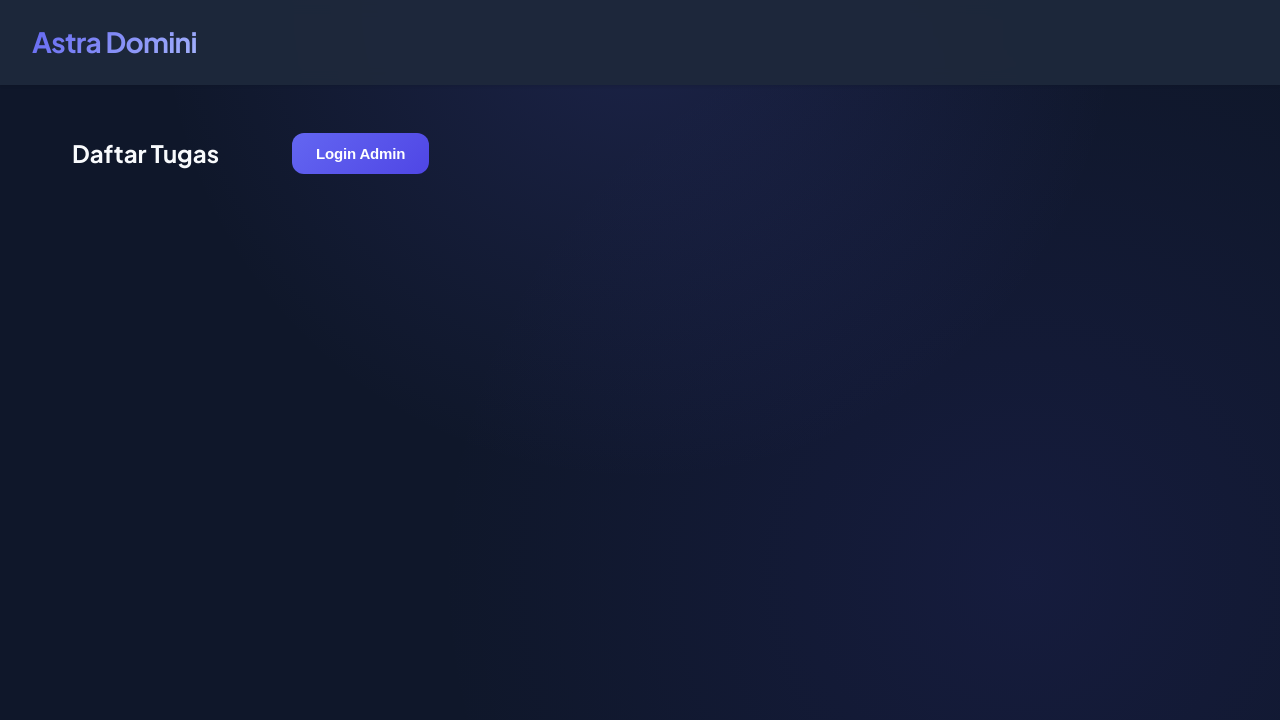
Repository: Resanso/astraReminder
Page: /
The author's editor kept a copy of each file at every save. The page is drawn from the files as they stood at one save, then again after the next save.
The browser window is 1280 px wide. The pictures show the whole page.
The page's requests for data from a server got no answer. The project was rebuilt for these pictures with package versions that can differ from the ones it lists, and the page was loaded fresh each time. No one was signed in, and anything a server would have sent is missing. Also part of the build but not shown: src/components/AdminPanel.js, src/components/Login.js, src/components/Register.js.

Above is the page before, as saved 2025-02-25 00:18:21.

### public/index.html
<!DOCTYPE html>
<html lang="en">
  <head>
    <meta charset="utf-8" />
    <link rel="icon" href="favicon.ico" />
    <meta name="viewport" content="width=device-width, initial-scale=1" />
    <meta name="theme-color" content="#000000" />
    <meta name="description" content="Astra Domini - Fantasy Game Management" />
    <link rel="apple-touch-icon" href="logo192.png" />
    <link rel="manifest" href="manifest.json" />
    <title>Astra Domini</title>
  </head>
  <body>
    <noscript>You need to enable JavaScript to run this app.</noscript>
    <div id="root"></div>
    <!--
      This HTML file is a template.
      If you open it directly in the browser, you will see an empty page.

      You can add webfonts, meta tags, or analytics to this file.
      The build step will place the bundled scripts into the <body> tag.

      To begin the development, run `npm start` or `yarn start`.
      To create a production bundle, use `npm run build` or `yarn build`.
    -->
  </body>
</html>

### src/index.css
@import url("https://fonts.googleapis.com/css2?family=Plus+Jakarta+Sans:wght@400;500;600;700&display=swap");

body {
  margin: 0;
  font-family: "Plus Jakarta Sans", -apple-system, BlinkMacSystemFont,
    "Segoe UI", Roboto, Oxygen, Ubuntu, Cantarell, "Helvetica Neue", sans-serif;
  -webkit-font-smoothing: antialiased;
  -moz-osx-font-smoothing: grayscale;
  line-height: 1.6;
}

code {
  font-family: source-code-pro, Menlo, Monaco, Consolas, "Courier New",
    monospace;
}

* {
  box-sizing: border-box;
  margin: 0;
  padding: 0;
}

::-webkit-scrollbar {
  width: 8px;
}

::-webkit-scrollbar-track {
  background: rgba(255, 255, 255, 0.05);
}

::-webkit-scrollbar-thumb {
  background: rgba(110, 86, 207, 0.5);
  border-radius: 4px;
}

::-webkit-scrollbar-thumb:hover {
  background: rgba(110, 86, 207, 0.7);
}

### src/App.js
import React, { useState, useEffect } from "react";
import {
  BrowserRouter as Router,
  Routes,
  Route,
  Navigate,
} from "react-router-dom";
import { auth } from "./firebase";
import { onAuthStateChanged, signOut } from "firebase/auth";
import TaskList from "./components/TaskList";
import AdminPanel from "./components/AdminPanel";
import Login from "./components/Login";
import Register from "./components/Register";
import "./App.css";

function App() {
  const [user, setUser] = useState(null);
  const [loading, setLoading] = useState(true);

  useEffect(() => {
    const unsubscribe = onAuthStateChanged(auth, (user) => {
      setUser(user);
      setLoading(false);
    });
    return unsubscribe;
  }, []);

  const handleLogout = async () => {
    try {
      await signOut(auth);
    } catch (error) {
      console.error("Error signing out:", error);
    }
  };

  if (loading) return <div>Loading...</div>;

  return (
    <Router basename="/">
      <div className="App">
        <header>
          <h1>Astra Domini</h1>
          {user && (
            <button
              className="logout-btn"
              onClick={handleLogout}
              title="Logout"
            >
              <svg
                className="logout-icon"
                xmlns="http://www.w3.org/2000/svg"
                viewBox="0 0 24 24"
                fill="none"
                stroke="currentColor"
                strokeWidth="2"
                strokeLinecap="round"
                strokeLinejoin="round"
              >
                <path d="M9 21H5a2 2 0 0 1-2-2V5a2 2 0 0 1 2-2h4" />
                <polyline points="16 17 21 12 16 7" />
                <line x1="21" y1="12" x2="9" y2="12" />
              </svg>
            </button>
          )}
        </header>
        <Routes>
          <Route path="/" element={<TaskList />} />
          <Route
            path="/admin"
            element={user ? <AdminPanel /> : <Navigate to="/login" />}
          />
          <Route
            path="/login"
            element={user ? <Navigate to="/admin" /> : <Login />}
          />
          <Route
            path="/register"
            element={user ? <Navigate to="/admin" /> : <Register />}
          />
        </Routes>
      </div>
    </Router>
  );
}

export default App;

### src/firebase.js
// Import the functions you need from the SDKs you need
import { initializeApp } from "firebase/app";
import { getFirestore } from "firebase/firestore";
import { getAuth } from "firebase/auth";
// TODO: Add SDKs for Firebase products that you want to use
// https://firebase.google.com/docs/web/setup#available-libraries

// Your web app's Firebase configuration
// For Firebase JS SDK v7.20.0 and later, measurementId is optional
const firebaseConfig = {
  apiKey: "AIzaSyC5vKNyYoiYqoeDgudvSQoeoFQrEVA_fF8",
  authDomain: "astra-domini.firebaseapp.com",
  projectId: "astra-domini",
  storageBucket: "astra-domini.firebasestorage.app",
  messagingSenderId: "711846096621",
  appId: "1:711846096621:web:fc97db572dc81c002ea6e4",
  measurementId: "G-YBZY4XPSGD",
};

// Initialize Firebase only on client side
let app;
let db;
let auth;

if (typeof window !== "undefined") {
  app = initializeApp(firebaseConfig);
  db = getFirestore(app);
  auth = getAuth(app);
}

export { db, auth };

### src/components/TaskList.js
import React, { useEffect, useState } from "react";
import { collection, query, getDocs, deleteDoc, doc } from "firebase/firestore";
import { db, auth } from "../firebase";
import { useNavigate } from "react-router-dom";
import { onAuthStateChanged } from "firebase/auth";

const TaskList = () => {
  const [tasks, setTasks] = useState([]);
  const [loading, setLoading] = useState(true);
  const [error, setError] = useState(null);
  const [user, setUser] = useState(null);
  const navigate = useNavigate();

  useEffect(() => {
    const unsubscribe = onAuthStateChanged(auth, (currentUser) => {
      setUser(currentUser);
    });
    return () => unsubscribe();
  }, []);

  const isTaskValid = (deadline) => {
    if (!deadline || typeof deadline.toDate !== "function") {
      return false;
    }
    try {
      const now = new Date();
      return deadline.toDate() > now;
    } catch (error) {
      console.error("Error validating task deadline:", error);
      return false;
    }
  };

  const deleteExpiredTasks = async (expiredTasks) => {
    for (const task of expiredTasks) {
      try {
        await deleteDoc(doc(db, "tasks", task.id));
      } catch (error) {
        console.error("Error deleting expired task:", error);
      }
    }
  };

  useEffect(() => {
    const fetchTasks = async () => {
      try {
        setLoading(true);
        setError(null);
        const q = query(collection(db, "tasks"));
        const querySnapshot = await getDocs(q);
        const taskList = [];
        const expiredTasks = [];

        querySnapshot.forEach((doc) => {
          const taskData = doc.data();
          // Validate task data
          if (taskData && taskData.deadline) {
            const task = { id: doc.id, ...taskData };
            if (isTaskValid(task.deadline)) {
              taskList.push(task);
            } else {
              expiredTasks.push(task);
            }
          } else {
            console.warn(`Task ${doc.id} has invalid data:`, taskData);
          }
        });

        if (expiredTasks.length > 0) {
          await deleteExpiredTasks(expiredTasks);
        }

        // Sort tasks by deadline
        taskList.sort((a, b) => {
          try {
            return a.deadline.toDate() - b.deadline.toDate();
          } catch (error) {
            console.error("Error sorting tasks:", error);
            return 0;
          }
        });

        setTasks(taskList);
      } catch (err) {
        setError("Gagal memuat daftar tugas. Silakan coba lagi nanti.");
        console.error("Error fetching tasks:", err);
      } finally {
        setLoading(false);
      }
    };

    fetchTasks();
    const interval = setInterval(fetchTasks, 60000);
    return () => clearInterval(interval);
  }, []);

  if (loading) {
    return <div className="loading">Memuat...</div>;
  }

  if (error) {
    return <div className="error">{error}</div>;
  }

  return (
    <div className="task-list">
      <div className="task-header">
        <h2>Daftar Tugas</h2>
        <div className="button-group">
          {user ? (
            <>
              <button
                className="add-task-btn"
                onClick={() => navigate("/admin")}
              >
                Tambah Tugas
              </button>
            </>
          ) : (
            <button className="login-btn" onClick={() => navigate("/login")}>
              Login Admin
            </button>
          )}
        </div>
      </div>
      {tasks.map((task) => (
        <div key={task.id} className="task-card">
          <h3>{task.matkul}</h3>
          <p>{task.desk}</p>
          <p>Deadline: {task.deadline.toDate().toLocaleString()}</p>
          <p className="task-creator">Ditambahkan oleh: {task.createdBy}</p>
        </div>
      ))}
    </div>
  );
};

export default TaskList;

### src/App.css
:root {
  --background-primary: #0f172a;
  --background-secondary: #1e293b;
  --text-primary: #f8fafc;
  --text-secondary: #94a3b8;
  --accent-primary: #6366f1;
  --accent-secondary: #4f46e5;
  --border-color: #334155;
  --success-color: #10b981;
  --error-color: #ef4444;
  --card-shadow: 0 4px 6px -1px rgb(0 0 0 / 0.1),
    0 2px 4px -2px rgb(0 0 0 / 0.1);
  --transition-base: all 0.3s ease;
}

body {
  background-color: var(--background-primary);
  color: var(--text-primary);
  min-height: 100vh;
  background-image: radial-gradient(
      circle at 50% 0%,
      rgba(99, 102, 241, 0.15) 0%,
      transparent 50%
    ),
    radial-gradient(
      circle at 80% 80%,
      rgba(79, 70, 229, 0.1) 0%,
      transparent 50%
    );
}

.App {
  text-align: center;
  position: relative;
}

.App-logo {
  height: 40vmin;
  pointer-events: none;
}

@media (prefers-reduced-motion: no-preference) {
  .App-logo {
    animation: App-logo-spin infinite 20s linear;
  }
}

.App-header {
  background-color: #282c34;
  min-height: 100vh;
  display: flex;
  flex-direction: column;
  align-items: center;
  justify-content: center;
  font-size: calc(10px + 2vmin);
  color: white;
}

.App-link {
  color: #61dafb;
}

@keyframes App-logo-spin {
  from {
    transform: rotate(0deg);
  }
  to {
    transform: rotate(360deg);
  }
}

/* Header Styles */
header {
  background-color: rgba(30, 41, 59, 0.95);
  backdrop-filter: blur(8px);
  padding: 1.25rem 2rem;
  box-shadow: 0 1px 3px rgba(0, 0, 0, 0.1);
  position: sticky;
  top: 0;
  z-index: 100;
  display: flex;
  justify-content: space-between;
  align-items: center;
}

header h1 {
  font-size: 1.75rem;
  font-weight: 700;
  letter-spacing: -0.025em;
  background: linear-gradient(135deg, var(--accent-primary), #a5b4fc);
  -webkit-background-clip: text;
  background-clip: text;
  color: transparent;
}

.task-list {
  max-width: 1200px;
  margin: 3rem auto;
  padding: 0 2rem;
  display: grid;
  grid-template-columns: repeat(auto-fill, minmax(320px, 1fr));
  gap: 2rem;
}

.task-card {
  background-color: var(--background-secondary);
  border: 1px solid var(--border-color);
  border-radius: 1rem;
  padding: 1.75rem;
  transition: var(--transition-base);
  box-shadow: var(--card-shadow);
}

.task-card:hover {
  transform: translateY(-4px);
  box-shadow: 0 12px 24px -8px rgba(0, 0, 0, 0.3);
}

.task-card h3 {
  color: var(--accent-primary);
  margin-bottom: 1rem;
  font-size: 1.25rem;
}

.button-group button,
.auth-form button,
.admin-panel button {
  padding: 0.75rem 1.5rem;
  border-radius: 0.75rem;
  border: none;
  font-weight: 600;
  font-size: 0.9375rem;
  letter-spacing: -0.01em;
  transition: var(--transition-base);
  cursor: pointer;
  display: inline-flex;
  align-items: center;
  justify-content: center;
  gap: 0.5rem;
}

.login-btn,
.add-task-btn {
  background: linear-gradient(
    135deg,
    var(--accent-primary),
    var(--accent-secondary)
  );
  color: white;
}

.login-btn:hover,
.add-task-btn:hover {
  filter: brightness(1.1);
  transform: translateY(-1px);
}

.back-btn {
  background-color: rgba(255, 255, 255, 0.1);
  color: var(--text-primary);
}

.logout-btn {
  background: none;
  border: none;
  padding: 8px;
  cursor: pointer;
  color: var(--text-primary);
  display: flex;
  align-items: center;
  justify-content: center;
  border-radius: 50%;
  transition: var(--transition-base);
}

.logout-btn:hover {
  background-color: rgba(239, 68, 68, 0.2);
  transform: scale(1.1);
}

.logout-icon {
  width: 24px;
  height: 24px;
  color: #ef4444;
}

.admin-panel {
  background-color: var(--background-secondary);
  border-radius: 1rem;
  padding: 2.5rem;
  max-width: 500px;
  margin: 3rem auto;
  box-shadow: var(--card-shadow);
}

.admin-panel form {
  display: flex;
  flex-direction: column;
  gap: 10px;
}

.admin-panel input,
.admin-panel textarea {
  width: 100%;
  padding: 0.875rem 1rem;
  background-color: rgba(255, 255, 255, 0.05);
  border: 1px solid var(--border-color);
  border-radius: 0.75rem;
  color: var(--text-primary);
  font-family: inherit;
  font-size: 0.9375rem;
  transition: var(--transition-base);
}

.admin-panel input:focus,
.admin-panel textarea:focus {
  border-color: var(--accent-primary);
  box-shadow: 0 0 0 3px rgba(99, 102, 241, 0.2);
  outline: none;
}

.admin-panel button {
  padding: 10px;
  background-color: #007bff;
  color: white;
  border: none;
  border-radius: 5px;
  cursor: pointer;
}

.admin-panel select {
  background-color: rgba(255, 255, 255, 0.1);
  border: 1px solid var(--border-color);
  color: var(--text-primary);
  border-radius: 8px;
  padding: 0.75rem;
  width: 100%;
  margin-bottom: 1rem;
  font-size: 0.9375rem;
  cursor: pointer;
}

.admin-panel select option {
  background-color: var(--background-secondary);
  color: var(--text-primary);
  padding: 0.75rem;
}

.admin-panel select:focus {
  outline: none;
  border-color: var(--accent-primary);
  box-shadow: 0 0 0 2px rgba(110, 86, 207, 0.2);
}

.login-form {
  max-width: 400px;
  margin: 40px auto;
  padding: 20px;
  border: 1px solid #ddd;
  border-radius: 5px;
}

.login-form input {
  width: 100%;
  padding: 10px;
  margin-bottom: 10px;
  border: 1px solid #ddd;
  border-radius: 4px;
}

.login-form button {
  width: 100%;
  padding: 10px;
  background-color: #007bff;
  color: white;
  border: none;
  border-radius: 4px;
  cursor: pointer;
}

.error {
  color: var(--error-color);
  background-color: rgba(239, 68, 68, 0.1);
  padding: 1rem;
  border-radius: 8px;
  margin: 1rem 0;
}

.task-header {
  display: flex;
  justify-content: space-between;
  align-items: center;
  margin-bottom: 20px;
}

.login-btn {
  padding: 8px 16px;
  background-color: #007bff;
  color: white;
  border: none;
  border-radius: 4px;
  cursor: pointer;
}

.login-btn:hover {
  background-color: #0056b3;
}

.auth-form {
  background-color: var(--background-secondary);
  border-radius: 1rem;
  padding: 2.5rem;
  max-width: 500px;
  margin: 3rem auto;
  box-shadow: var(--card-shadow);
}

.auth-form input {
  width: 100%;
  padding: 0.875rem 1rem;
  background-color: rgba(255, 255, 255, 0.05);
  border: 1px solid var(--border-color);
  border-radius: 0.75rem;
  color: var(--text-primary);
  font-family: inherit;
  font-size: 0.9375rem;
  transition: var(--transition-base);
}

.auth-form input:focus {
  border-color: var(--accent-primary);
  box-shadow: 0 0 0 3px rgba(99, 102, 241, 0.2);
  outline: none;
}

.auth-form button {
  width: 100%;
  padding: 10px;
  background-color: #007bff;
  color: white;
  border: none;
  border-radius: 4px;
  cursor: pointer;
  margin-bottom: 15px;
}

.auth-form button:hover {
  background-color: #0056b3;
}

.auth-form a {
  color: #007bff;
  text-decoration: none;
}

.auth-form a:hover {
  text-decoration: underline;
}

.task-creator {
  color: var(--text-secondary);
  font-size: 0.875rem;
  margin-top: 1rem;
}

.add-task-btn {
  padding: 8px 16px;
  background-color: #28a745;
  color: white;
  border: none;
  border-radius: 4px;
  cursor: pointer;
}

.add-task-btn:hover {
  background-color: #218838;
}

.button-group {
  display: flex;
  gap: 10px;
  align-items: center;
}

.back-btn {
  padding: 8px 16px;
  background-color: #6c757d;
  color: white;
  border: none;
  border-radius: 4px;
  cursor: pointer;
}

.back-btn:hover {
  background-color: #5a6268;
}

/* Responsive Design */
@media (max-width: 768px) {
  header {
    padding: 1rem;
  }

  header h1 {
    font-size: 1.5rem;
  }

  .task-header {
    flex-direction: column;
    gap: 1rem;
  }

  .button-group {
    flex-wrap: wrap;
    justify-content: center;
  }

  .admin-panel,
  .auth-form {
    margin: 1rem;
    padding: 1.5rem;
  }

  .task-list {
    padding: 0 1rem;
    margin: 2rem auto;
  }

  .task-card {
    padding: 1.5rem;
  }
}

/* Loading Animation */
.loading {
  display: flex;
  justify-content: center;
  align-items: center;
  min-height: 200px;
  color: var(--accent-primary);
}

.loading::after {
  content: "";
  width: 30px;
  height: 30px;
  border: 3px solid var(--accent-primary);
  border-top-color: transparent;
  border-radius: 50%;
  animation: spinner 0.8s linear infinite;
}

@keyframes spinner {
  to {
    transform: rotate(360deg);
  }
}

Loaded but not shown: src/index.js (common file); src/reportWebVitals.js (common file)

After the next save:
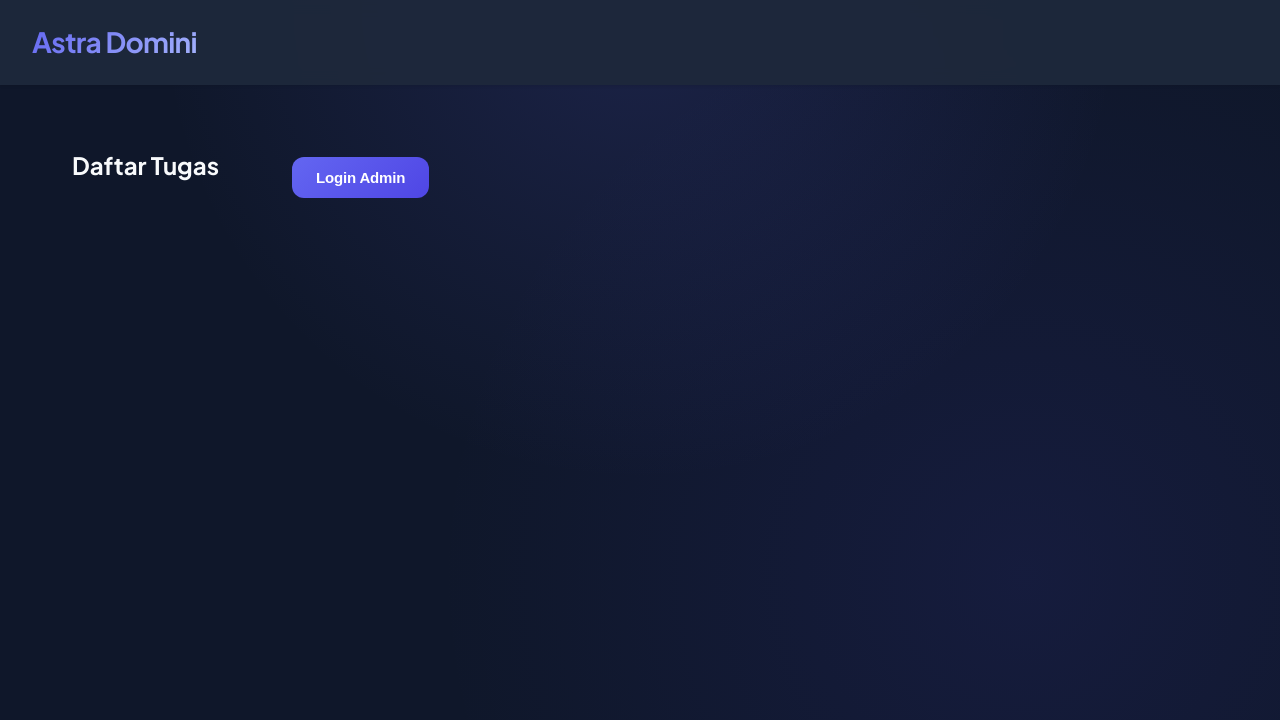
Saved 7 min 5 s later.
--- a/src/App.css
+++ b/src/App.css
@@ -378,21 +378,29 @@
 
 .button-group {
   display: flex;
-  gap: 10px;
+  gap: 1rem;
+  margin-top: 1.5rem;
+  justify-content: flex-start;
   align-items: center;
 }
 
 .back-btn {
-  padding: 8px 16px;
-  background-color: #6c757d;
-  color: white;
-  border: none;
-  border-radius: 4px;
-  cursor: pointer;
+  background-color: rgba(255, 255, 255, 0.1);
+  color: var(--text-primary);
+  padding: 0.75rem 1.5rem;
+  border-radius: 0.75rem;
+  border: 1px solid var(--border-color);
+  font-weight: 600;
+  font-size: 0.9375rem;
+  letter-spacing: -0.01em;
+  transition: var(--transition-base);
+  cursor: pointer;
+  min-width: 150px;
 }
 
 .back-btn:hover {
-  background-color: #5a6268;
+  background-color: rgba(255, 255, 255, 0.15);
+  transform: translateY(-1px);
 }
 
 /* Responsive Design */
@@ -455,3 +463,28 @@
     transform: rotate(360deg);
   }
 }
+
+.submit-btn {
+  background: linear-gradient(
+    135deg,
+    var(--accent-primary),
+    var(--accent-secondary)
+  );
+  color: white;
+  padding: 0.75rem 1.5rem;
+  border-radius: 0.75rem;
+  border: none;
+  font-weight: 600;
+  font-size: 0.9375rem;
+  letter-spacing: -0.01em;
+  transition: var(--transition-base);
+  cursor: pointer;
+  width: auto;
+  min-width: 150px;
+}
+
+.submit-btn:hover {
+  filter: brightness(1.1);
+  transform: translateY(-1px);
+  box-shadow: 0 4px 12px rgba(99, 102, 241, 0.25);
+}

After the save that followed:
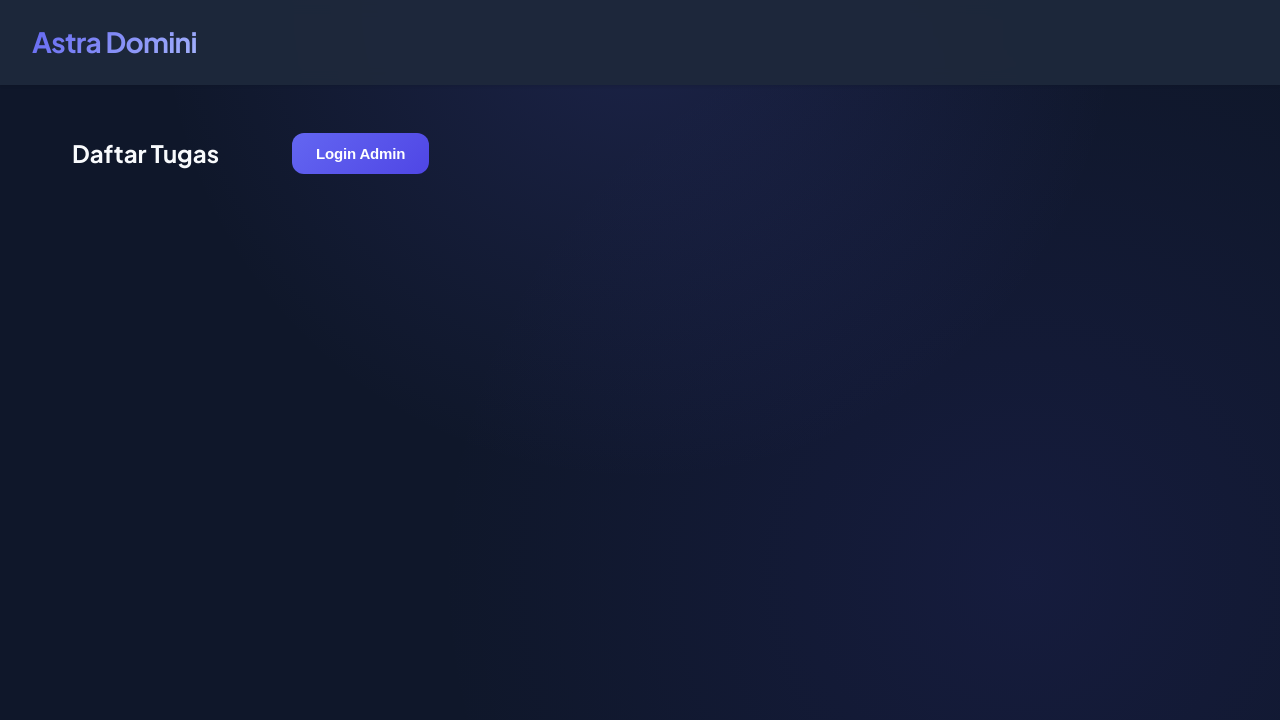
Saved 6 min 7 s later.
--- a/src/App.css
+++ b/src/App.css
@@ -378,29 +378,21 @@
 
 .button-group {
   display: flex;
-  gap: 1rem;
-  margin-top: 1.5rem;
-  justify-content: flex-start;
+  gap: 10px;
   align-items: center;
 }
 
 .back-btn {
-  background-color: rgba(255, 255, 255, 0.1);
-  color: var(--text-primary);
-  padding: 0.75rem 1.5rem;
-  border-radius: 0.75rem;
-  border: 1px solid var(--border-color);
-  font-weight: 600;
-  font-size: 0.9375rem;
-  letter-spacing: -0.01em;
-  transition: var(--transition-base);
-  cursor: pointer;
-  min-width: 150px;
+  padding: 8px 16px;
+  background-color: #6c757d;
+  color: white;
+  border: none;
+  border-radius: 4px;
+  cursor: pointer;
 }
 
 .back-btn:hover {
-  background-color: rgba(255, 255, 255, 0.15);
-  transform: translateY(-1px);
+  background-color: #5a6268;
 }
 
 /* Responsive Design */
@@ -463,28 +455,3 @@
     transform: rotate(360deg);
   }
 }
-
-.submit-btn {
-  background: linear-gradient(
-    135deg,
-    var(--accent-primary),
-    var(--accent-secondary)
-  );
-  color: white;
-  padding: 0.75rem 1.5rem;
-  border-radius: 0.75rem;
-  border: none;
-  font-weight: 600;
-  font-size: 0.9375rem;
-  letter-spacing: -0.01em;
-  transition: var(--transition-base);
-  cursor: pointer;
-  width: auto;
-  min-width: 150px;
-}
-
-.submit-btn:hover {
-  filter: brightness(1.1);
-  transform: translateY(-1px);
-  box-shadow: 0 4px 12px rgba(99, 102, 241, 0.25);
-}
